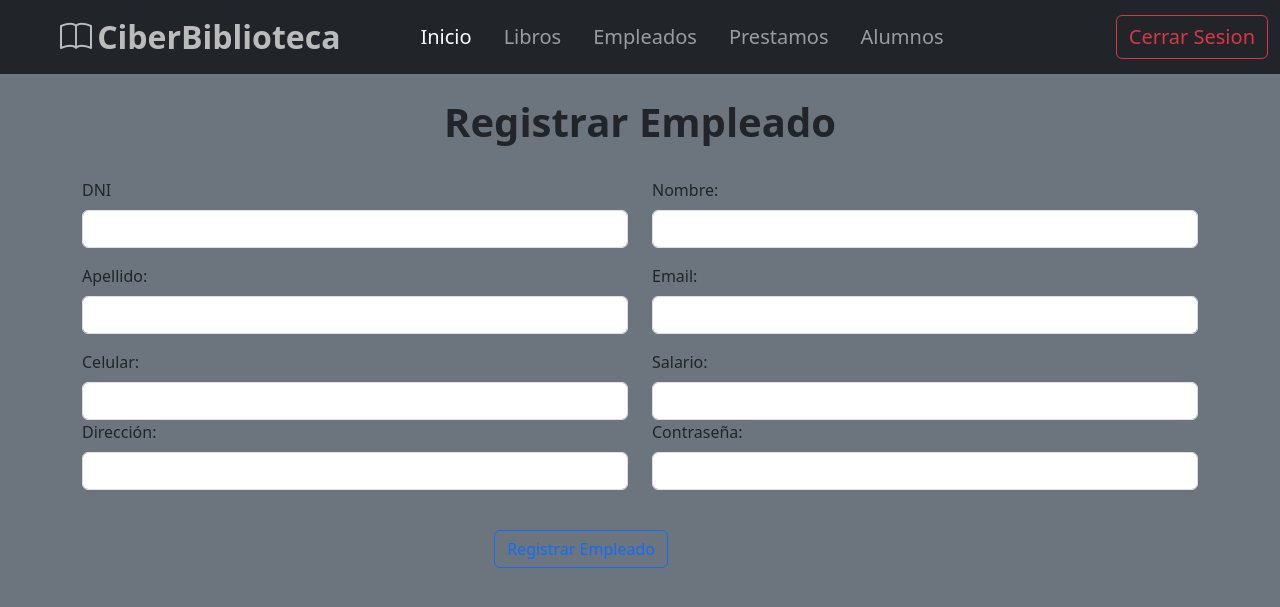
Repository: WilmerOcampo/LP1_Biblioteca
Page: http://localhost/Proyecto/registrarEmpleado.jsp
These files come from the project's save history. The page is drawn as it stood at one moment and after the next save; the edit follows.
The browser window is 1280 px wide. The pictures show the whole page.
The page is served by Tomcat 10.

Above is the page before, as saved 2023-05-31 15:37:59.

After the next save:
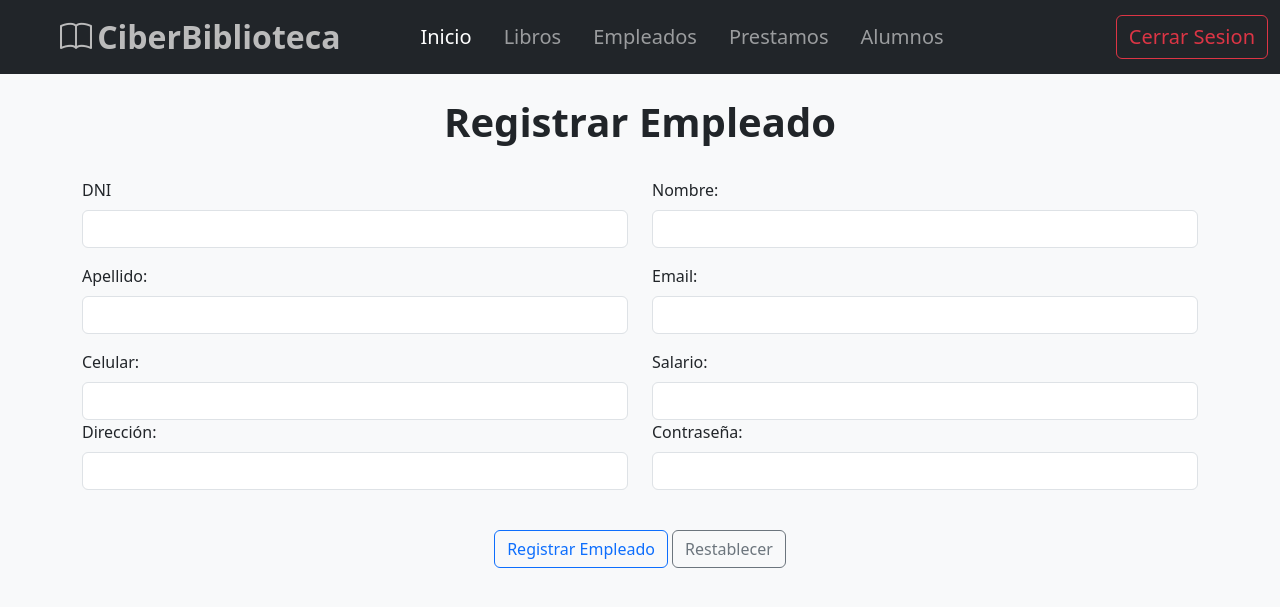
Saved 2 s later.
--- a/Proyecto/src/main/webapp/registrarEmpleado.jsp
+++ b/Proyecto/src/main/webapp/registrarEmpleado.jsp
@@ -9,7 +9,7 @@
 <link rel="stylesheet" href="https://cdn.jsdelivr.net/npm/bootstrap-icons@1.8.1/font/bootstrap-icons.css">
 </head>
 
-<body class="bg-secondary">
+<body class="bg-light">
 
     <!-- Inicio del menu -->
       <nav class="navbar navbar-expand-md navbar-dark bg-dark">
